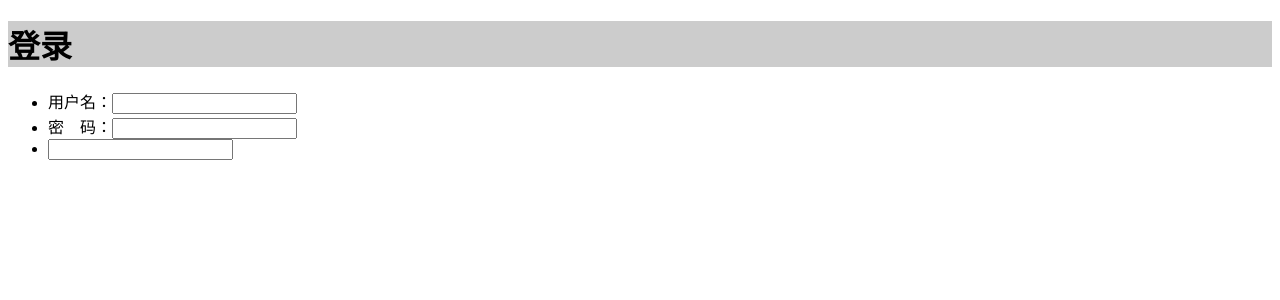
Repository: jiangrongbo/mybatis-blog
Page: http://localhost/exam3/
The author's editor kept a copy of each file at every save. The page is drawn from the files as they stood at one save, then again after the next save.
The browser window is 1280 px wide. The pictures show the whole page.
The page is served by Tomcat 9.

Above is the page before, as saved 2015-06-28 13:13:29.

After the next save:
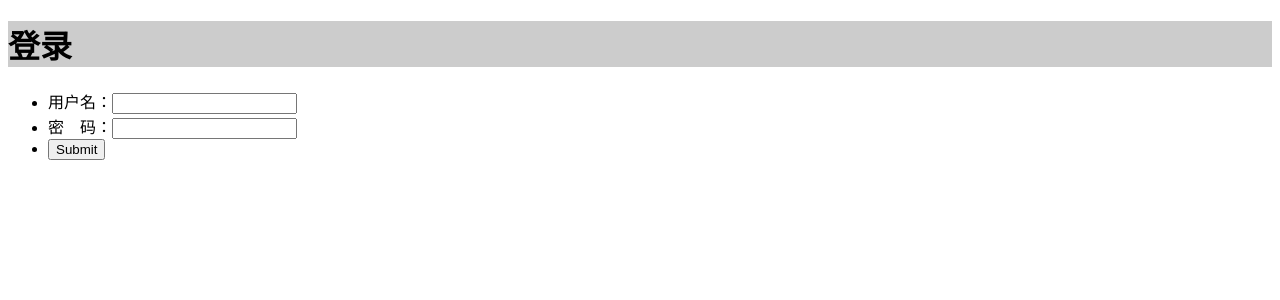
Saved 7 s later.
--- a/exam3/WebContent/index.jsp
+++ b/exam3/WebContent/index.jsp
@@ -16,7 +16,7 @@ background:#ccc;
 		<ul>
 			<li>用户名：<input type="text" name="username"></li>
 			<li>密　码：<input type="text" name="password"></li>
-			<li><input type="text" name="password"></li>
+			<li><input type="submit" name="password"></li>
 		</ul>
 	</div>
 </body>
